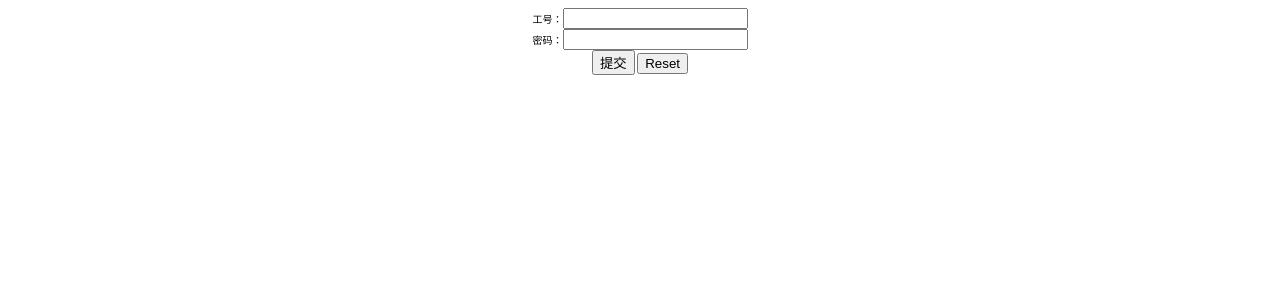
Repository: krzyty/OA_USST
Page: http://localhost/USSTOA/login.jsp
An editor plug-in stored every save of this project. The page is shown before and after the next save, followed by the edit.
The browser window is 1280 px wide. The pictures show the whole page.
The page is served by Tomcat 9. Other server files are loaded and not shown.

Above is the page before, as saved 2017-06-29 03:37:46.

### USSTOA/WebContent/login.jsp
<%@ page language="java" contentType="text/html; charset=UTF-8"
	pageEncoding="UTF-8"%>
<!DOCTYPE html PUBLIC "-//W3C//DTD HTML 4.01 Transitional//EN" "http://www.w3.org/TR/html4/loose.dtd">
<html>
<head>
<meta http-equiv="Content-Type" content="text/html; charset=UTF-8">
<title>登录</title>
<link rel="stylesheet" href="/css/style.css">
</head>
<body>
<div align="center">
<form action="" method="post">
	工号：<input type="text" name="id" /><br/>
	密码：<input type="password" name="password" /><br/>
	<input type="submit" value="提交">
	<input type="reset"><br />
</form>
</div>
</body>
</html>

### USSTOA/WebContent/css/style.css
@CHARSET "UTF-8";

body {
	font-family: "Trebuchet MS", "Helvetica", "Arial", "Verdana",
		"sans-serif";
	font-size: 62.5%;
}

After the next save:
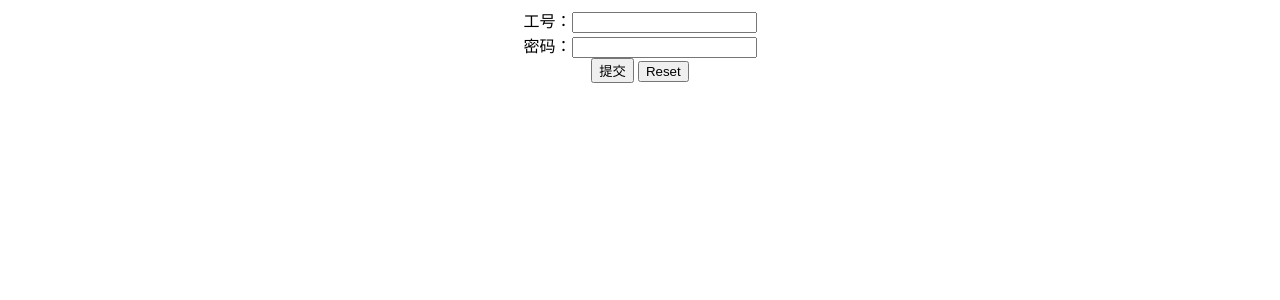
Saved 69 s later.
--- a/USSTOA/WebContent/login.jsp
+++ b/USSTOA/WebContent/login.jsp
@@ -5,7 +5,6 @@
 <head>
 <meta http-equiv="Content-Type" content="text/html; charset=UTF-8">
 <title>登录</title>
-<link rel="stylesheet" href="/css/style.css">
 </head>
 <body>
 <div align="center">
